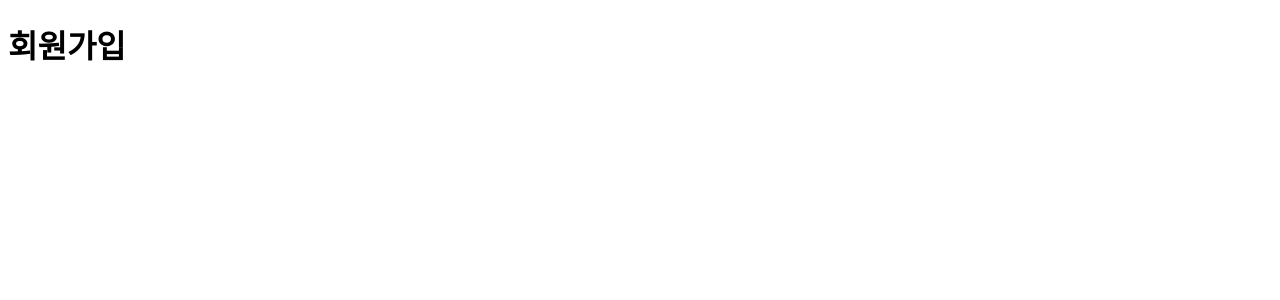
Repository: whdghks9241/Servlet-JSP-Workspace
Page: http://localhost/join/register.jsp
These files come from the project's save history. The page is drawn as it stood at one moment and after the next save; the edit follows.
The browser window is 1280 px wide. The pictures show the whole page.
The page is served by Tomcat 9. Other server files are loaded and not shown.

Above is the page before, as saved 2023-11-07 01:32:43.

### join/src/main/webapp/register.jsp
<%@ page language="java" contentType="text/html; charset=utf-8"
    pageEncoding="utf-8"%>
<!DOCTYPE html>
<html>
<head>

<meta charset="EUC-KR">
<title>Insert title here</title>
 <link rel="stylesheet" type = "text/css" href="styles.css">
</head>
<body>
<h1>회원가입</h1>

</body>
</html>

### join/src/main/webapp/styles.css
styles.css
h1 {
	background-color:#333;
	color:#fff;
	padding :10px;
	text-align : center;
}

After the next save:
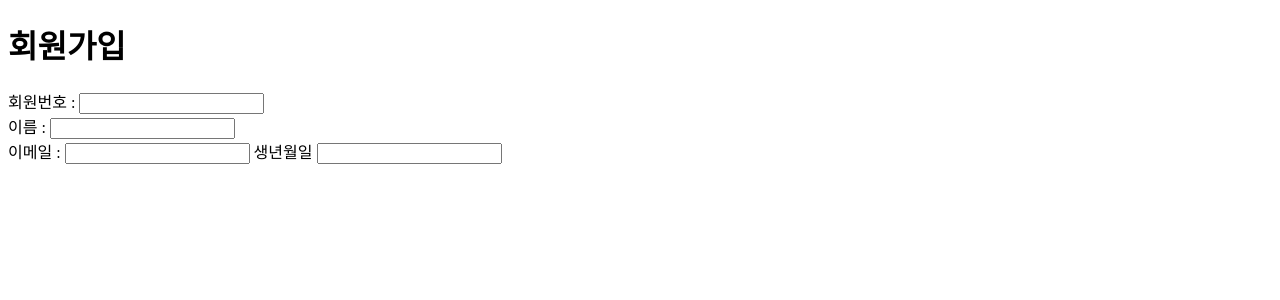
Saved 8 min 51 s later.
--- a/join/src/main/webapp/register.jsp
+++ b/join/src/main/webapp/register.jsp
@@ -10,6 +10,17 @@
 </head>
 <body>
 <h1>회원가입</h1>
+<form action="RegisterServlet" method="post" ></form>
+	<label for = "mon">회원번호 : </label>
+	<input type="text" id="mno" name ="mno" required><br>
 
+	<lable for = "mname">이름 : </lable>
+	<input type="text" id="mname" name="mname" required><br>
+
+	<lable for = "email">이메일 : </lable>
+	<input type="text" id="email" name="email" required>
+
+	<lable for="mbirth">생년월일</lable>
+	<input tpye = "date" id="mbirth" name="mbirth" required><br>
 </body>
 </html>
